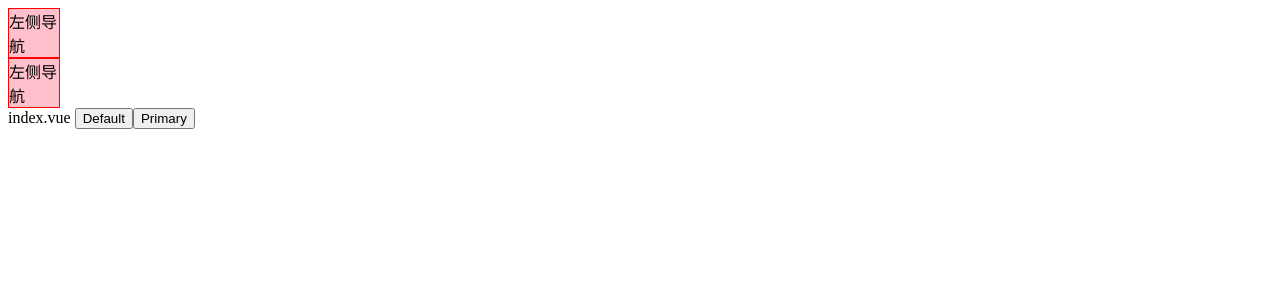
Repository: hanjinning/basicVueProject
Page: /
An editor plug-in stored every save of this project. The page is shown before and after the next save, followed by the edit.
The browser window is 1280 px wide. The pictures show the whole page.
The page's requests for data from a server got no answer. The project was rebuilt for these pictures with package versions that can differ from the ones it lists, and the page was loaded fresh each time. No one was signed in, and anything a server would have sent is missing. Also part of the build but not shown: vue.config.js, src/components/HelloWorld.vue, src/views/Home.vue.

Above is the page before, as saved 2021-03-18 10:47:19.

### public/index.html
<!DOCTYPE html>
<html lang="">
  <head>
    <meta charset="utf-8">
    <meta http-equiv="X-UA-Compatible" content="IE=edge">
    <meta name="viewport" content="width=device-width,initial-scale=1.0">
    <link rel="icon" href="<%= BASE_URL %>favicon.ico">
    <title><%= htmlWebpackPlugin.options.title %></title>
    <script src="https://unpkg.com/axios/dist/axios.min.js"></script>
  </head>
  <body>
    <noscript>
      <strong>We're sorry but <%= htmlWebpackPlugin.options.title %> doesn't work properly without JavaScript enabled. Please enable it to continue.</strong>
    </noscript>
    <div id="app"></div>
    <!-- built files will be auto injected -->
  </body>
</html>

### src/App.vue
<template>
  <div id="app">
    <!-- <div id="nav">
      <router-link to="/">Home</router-link> |
      <router-link to="/about">About</router-link>
    </div>-->
    <leftNav></leftNav>
    <router-view />
  </div>
</template>

<script>
// import router from "./router";
import leftNav from '@/components/leftNav.vue'

import {uploadelf, start, getDisassemble} from '@/api/api'
export default {
  name: "App",
  data: function() {
    return {};
  },
  components:{
    leftNav:leftNav
  },
  mounted() {
    this.loadData();
  },
  created() {
  },
  methods: {
    loadData() {
      // 成功方法1：直接请求
      this.$axios.get("/index/han", {
          params: {"id":1},
          // jsonp: "handleCallback"
        })
        .then(res => {
          console.log('返回成功回调',res.data.data);
        })
        .catch(function(res) {
          console.log("返回失败回调");
          console.log(res);
        });
      // 成功方法2：调用该工厂方法进行请求返回一个对象，再通过对象的then(), catch()方法进行后续操作
      // uploadelf().then(resp => {
      //   console.log('uploadelf --->', resp.data.data);
      // }).catch(error => {
      //   console.log(error);
      // });
    }
  },
  created: function() {
  }
};
</script>

<style lang="scss" scoped>
</style>

### src/router/index.js
import App from '../App'
import Vue from 'vue'
import VueRouter from 'vue-router'
import Home from '../views/Home.vue'
import data from './data.js'
// import axios from 'axios'
import store from '../store'
import VueAxios from 'vue-axios'
import qs from 'qs'

Vue.use(VueRouter,VueAxios,axios)
Vue.prototype.$qs = qs;
Vue.prototype.$axios = axios;

axios.defaults.baseURL = 'http://localhost:8360' // 'http://localhost:8360'

const router = new VueRouter({
  mode: 'history',
  routes: [
    {
      path: '/',
      component: App,
      children: data
    }
  ]
})

// export default {router, store,axios}
export default router

### src/components/leftNav.vue
<template>
<div id="leftNav">
    左侧导航
</div>
</template>

<script>

</script>

<style scoped lang="scss">
#leftNav{
    width: 50px;
    height:100%;
    background: pink;
    border: 1px solid red;
}
</style>

### src/api/api.js
// src/api/api.js
// import axios from 'axios'

// 允许跨域携带cookie
axios.defaults.withCredentials = true;

export const uploadelf = () => {
    return axios.request({
        method: 'get',// post
        url:'http://127.0.0.1:8360/index/han'
        // url: 'http://xxxxx.xxx/api/uploadelf'
    })
}

export const start = () => {
    return axios.request({
        method: 'get',
        // url: 'http://xxxxx.xxx/api/start'
    })
}

export const getDisassemble = (funName = 'main') => {
    return axios.request({
        method: 'post',
        // url: 'http://xxxxx.xxx/api/disassemble',
        data: {
            // funName
        }
    })
}

### src/router/data.js
let firstPage = [
  {
    path:'/meme',
    name:'Home',
    component:() => import('@/views/Home.vue'),
  }
]
let root = [
  {
    path:'/index',
    component:() => import('@/views/Home.vue')
  },
  {
    path:'/About',
    component:() => import('@/views/About.vue')
  }
]
export default [
  {
    path:'/',
    component:()=> import('@/views/index.vue'),
    children:[...firstPage]
  },
  ...root
]

### src/views/index.vue
<template>
<div>index.vue
    <Button>Default</Button>
    <Button type="primary">Primary</Button>
</div>
</template>

Loaded but not shown: src/main.js (common file); src/store/index.js (common file)

After the next save:
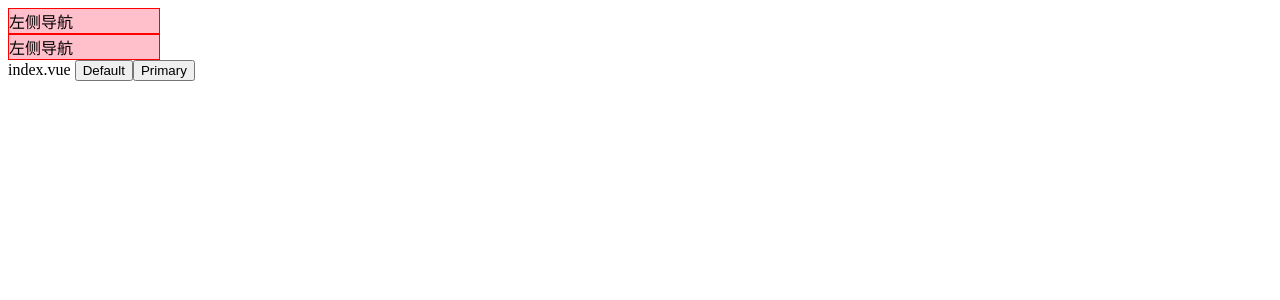
Saved 26 s later.
--- a/src/components/leftNav.vue
+++ b/src/components/leftNav.vue
@@ -10,7 +10,7 @@
 
 <style scoped lang="scss">
 #leftNav{
-    width: 50px;
+    width: 150px;
     height:100%;
     background: pink;
     border: 1px solid red;
